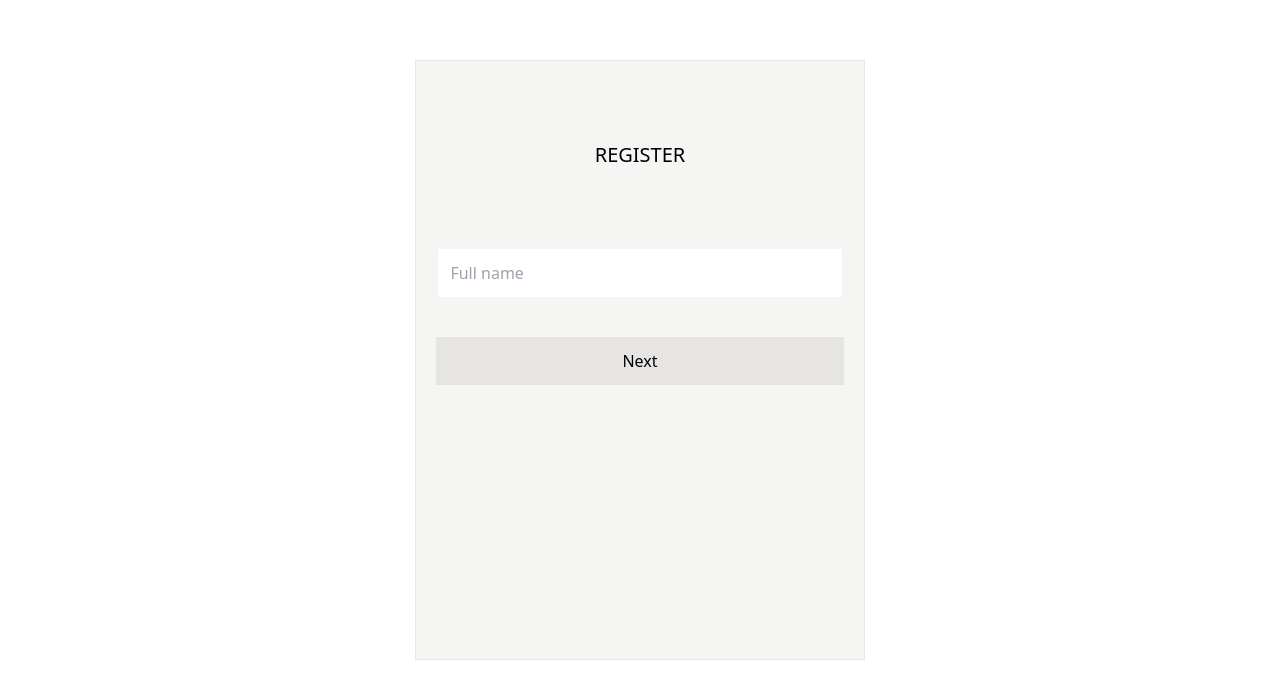
Repository: hsumyatm7308/oop-loginregister-php
Page: login.html
An editor plug-in stored every save of this project. The page is shown before and after the next save, followed by the edit.
The browser window is 1280 px wide. The pictures show the whole page.
Some web libraries are served in a nearby version.

Above is the page before, as saved 2023-08-01 14:00:10.

After the next save:
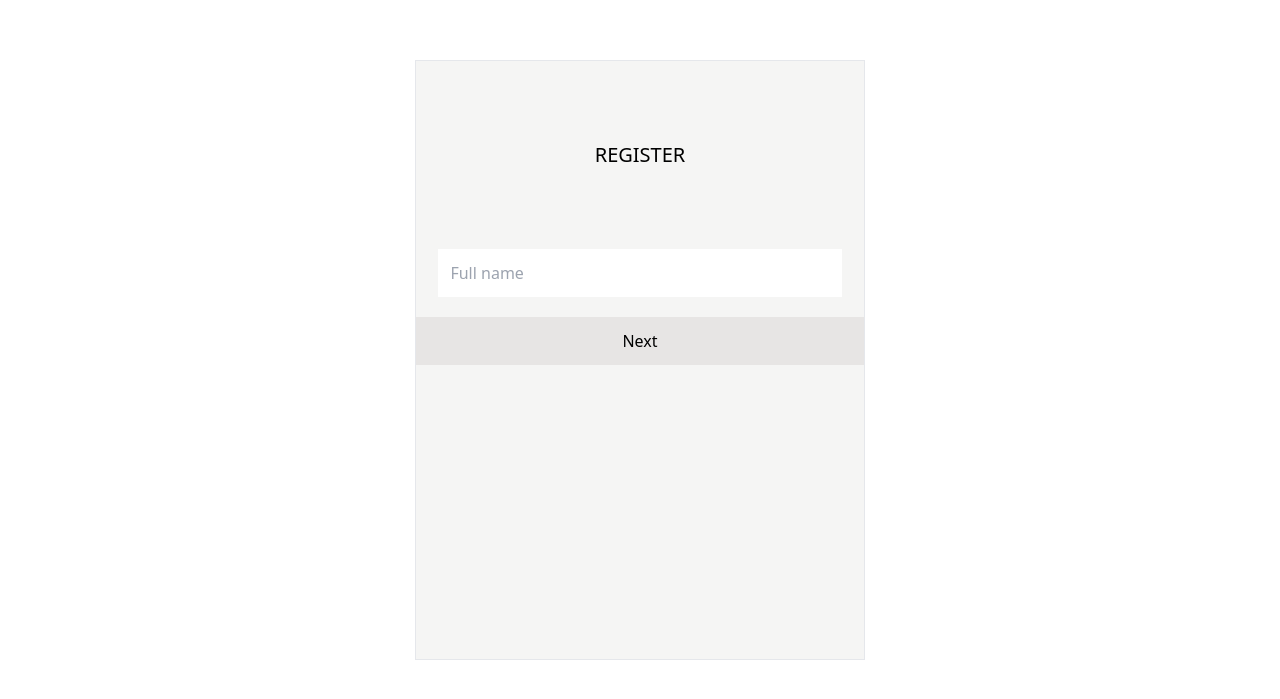
Saved 12 s later.
--- a/login.html
+++ b/login.html
@@ -34,7 +34,7 @@
             </div>
 
             <div class="w-full flex justify-center items-center">
-                <button type="text" class="w-full bg-stone-200 p-3 m-5">Next </button>
+                <button type="text" class="w-full bg-stone-200 p-3">Next </button>
             </div>
 
         </form>

After the save that followed:
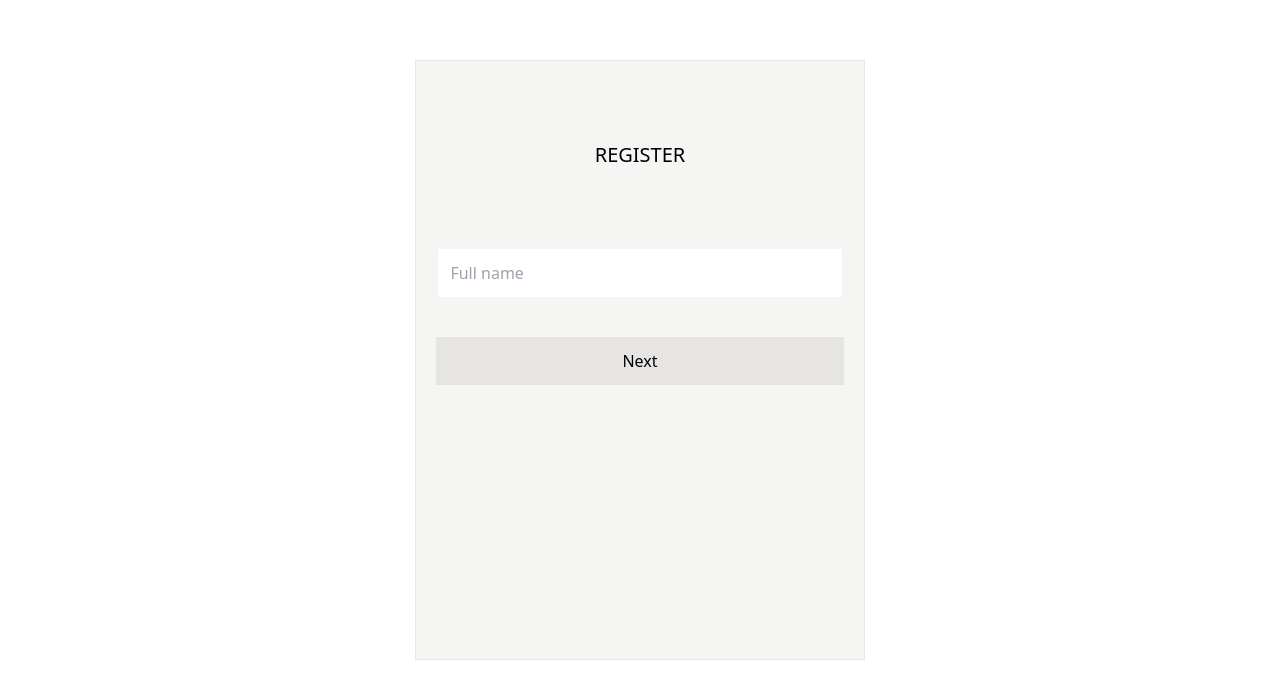
Saved 8 s later.
--- a/login.html
+++ b/login.html
@@ -34,7 +34,7 @@
             </div>
 
             <div class="w-full flex justify-center items-center">
-                <button type="text" class="w-full bg-stone-200 p-3">Next </button>
+                <button type="text" class="w-full bg-stone-200 p-3 m-5">Next </button>
             </div>
 
         </form>
